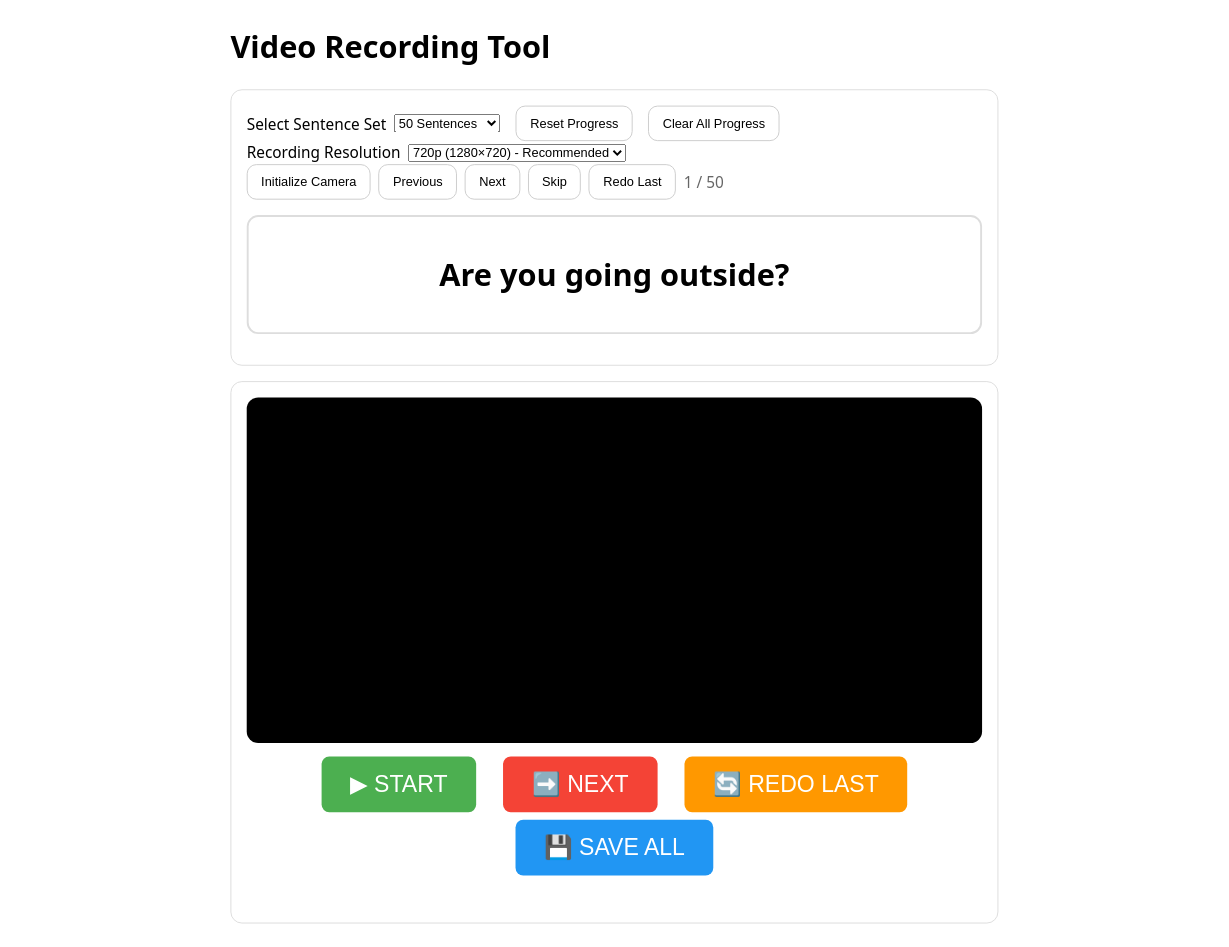
Repository: video2speech/video2speech.github.io
Page: index.html
These files come from the project's save history. The page is drawn as it stood at one moment and after the next save; the edit follows.
The browser window is 1280 px wide. The pictures show the whole page, at 96% of full size.

Above is the page before, as saved 2025-09-04 11:48:11.
Console error: TypeError: Cannot set properties of null (setting 'onclick')

After the next save:
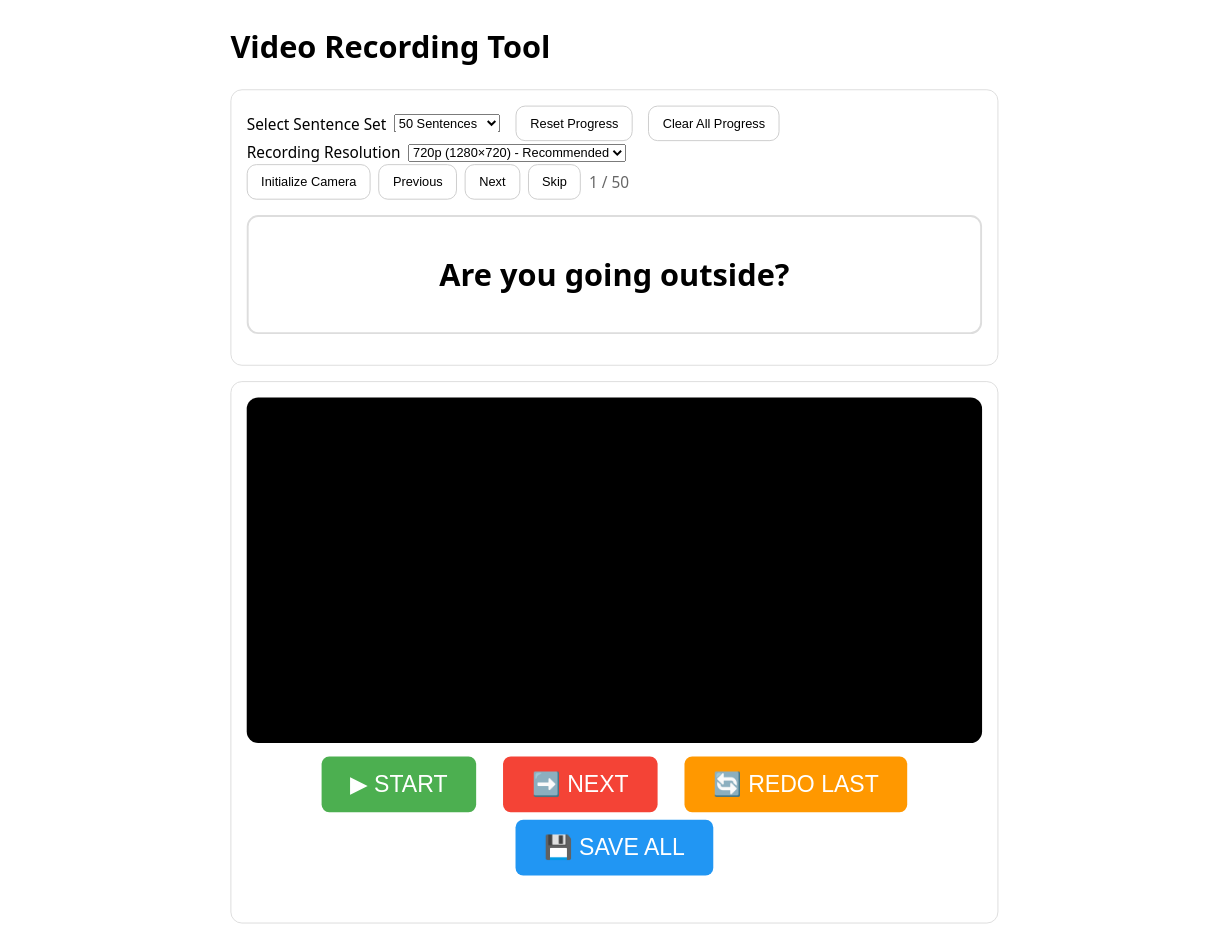
Saved 6 s later.
--- a/index.html
+++ b/index.html
@@ -41,7 +41,6 @@
       <button id="prev">Previous</button>
       <button id="next">Next</button>
       <button id="skip">Skip</button>
-      <button id="redo">Redo Last</button>
       <span class="muted" id="idxInfo"></span>
     </div>
     <div class="big" id="currentText" style="font-size: 2rem; font-weight: bold; text-align: center; padding: 20px; border: 2px solid #ddd; border-radius: 12px; margin: 16px 0; min-height: 80px; display: flex; align-items: center; justify-content: center;">Waiting for initialization...</div>
